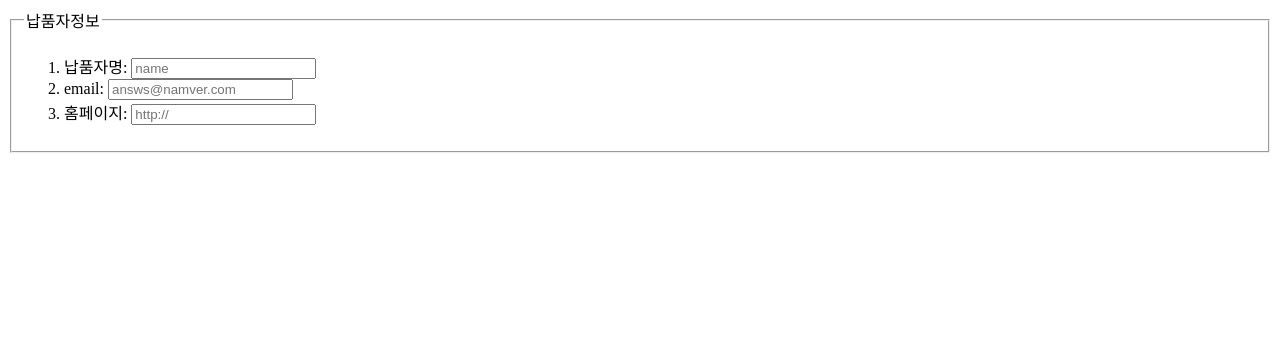
Repository: giwon8701/Qclass_KH
Page: Workspace_Java/testWebProject/WebContent/resources/views/test/productForm.html
The author's editor kept a copy of each file at every save. The page is drawn from the files as they stood at one save, then again after the next save.
The browser window is 1280 px wide. The pictures show the whole page.

Above is the page before, as saved 2021-01-11 01:11:43.

After the next save:
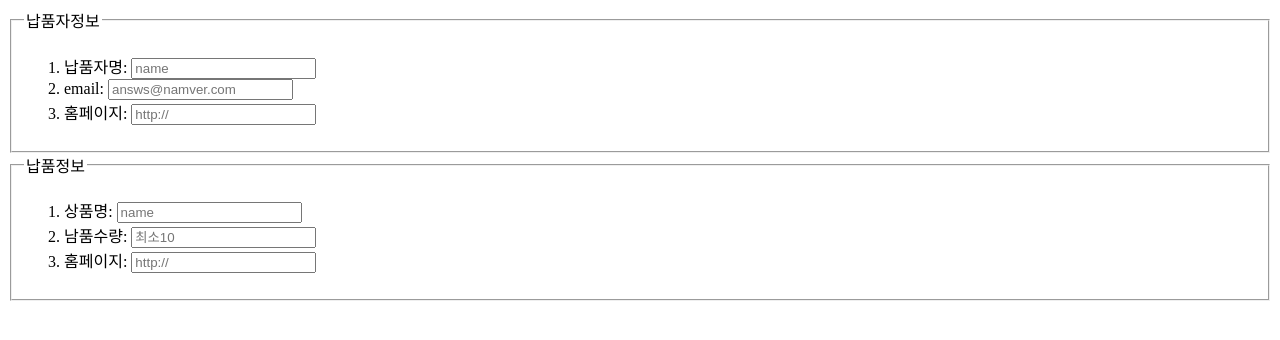
Saved 4 min 29 s later.
--- a/Workspace_Java/testWebProject/WebContent/resources/views/test/productForm.html
+++ b/Workspace_Java/testWebProject/WebContent/resources/views/test/productForm.html
@@ -10,8 +10,8 @@
 		<legend>납품자정보</legend>
 		<ol>
 			<li>
-			<label for="name">납품자명:</label>
-			<input type="text" id="name" placeholder="name" autocomplete="on" required>
+			<label for="supplier_name">납품자명:</label>
+			<input type="text" id="supplier_name" placeholder="name" autocomplete="on" required>
 			</li>
 
 			<li>
@@ -25,6 +25,26 @@
 			</li>
 		</ol>
 	</fieldset>
+
+	<fieldset>
+		<legend>납품정보</legend>
+		<ol>
+			<li>
+			<label for="pruduct_name">상품명:</label>
+			<input type="text" id="pruduct_name" placeholder="name" autocomplete="on" required>
+			</li>
+
+			<li>
+			<label for="qty">남품수량:</label>
+			<input type="text" id="qty" min=10 placeholder="최소10" autocomplete="on" required>
+			</li>
+
+			<li>
+			<label for="homepage">홈페이지:</label>
+			<input type="text" id="homepage" placeholder="http://" autocomplete="on" required>
+			</li>
+		</ol>
+	</fieldset>
 </form>
 </body>
 </html>
